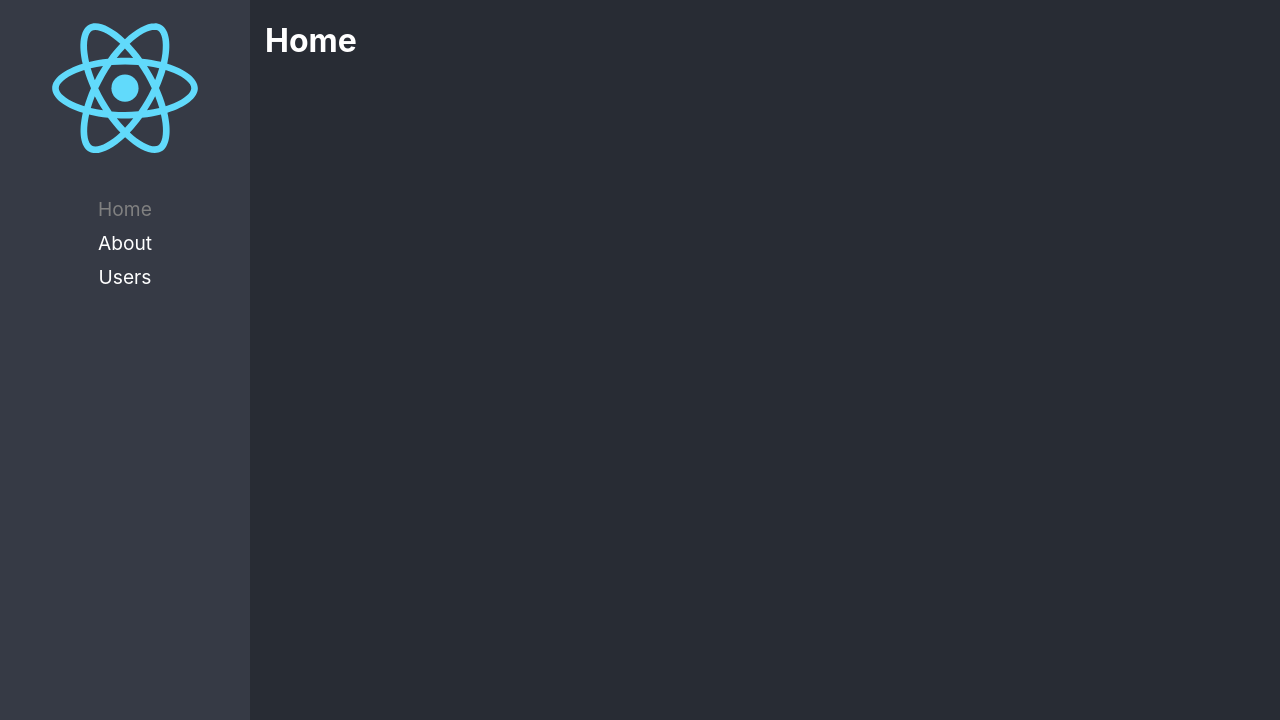
Repository: BernhardSilva/Typescript-React-Router-V6
Page: /
These files come from the project's save history. The page is drawn as it stood at one moment and after the next save; the edit follows.
The browser window is 1280 px wide. The pictures show the whole page.
The project was rebuilt for these pictures with package versions that can differ from the ones it lists, and the page was loaded fresh each time.

Above is the page before, as saved 2022-10-16 05:20:17.

### src/App.tsx
import { Navigation } from "./routes/Navigation";

function App() {
  return (
   <>
   <Navigation />
   </>
  );
}

export default App;

### src/routes/Navigation.tsx
import { BrowserRouter, Routes, Route, NavLink, Navigate } from 'react-router-dom';
import logo from '../logo.svg';

export const Navigation = () => {
	return (
		<BrowserRouter>
			<div className='main-layout'>
				<nav>
					<img src={logo} alt='React Logo' />
					<ul>
						<li>
							<NavLink to='/home' className={({ isActive }) => (isActive ? 'nav-active' : '')}>Home</NavLink>
						</li>
						<li>
							<NavLink to='/about' className={({ isActive }) => (isActive ? 'nav-active' : '')}>About</NavLink>
						</li>
						<li>
							<NavLink to='/users' className={({ isActive }) => (isActive ? 'nav-active' : '')}>Users</NavLink>
						</li>
					</ul>
				</nav>

				<Routes>
					<Route path='/home' element={<h1>Home</h1>} />
					<Route path='/about' element={<h1>About</h1>} />
					<Route path='/users' element={<h1>Users</h1>} />
					<Route path='/*' element={<Navigate to='/home' replace />} />
				</Routes>
			</div>
		</BrowserRouter>
	);
};

Loaded but not shown: public/index.html (common file); src/index.tsx (common file); src/index.css (common file); src/reportWebVitals.ts (common file)

After the next save:
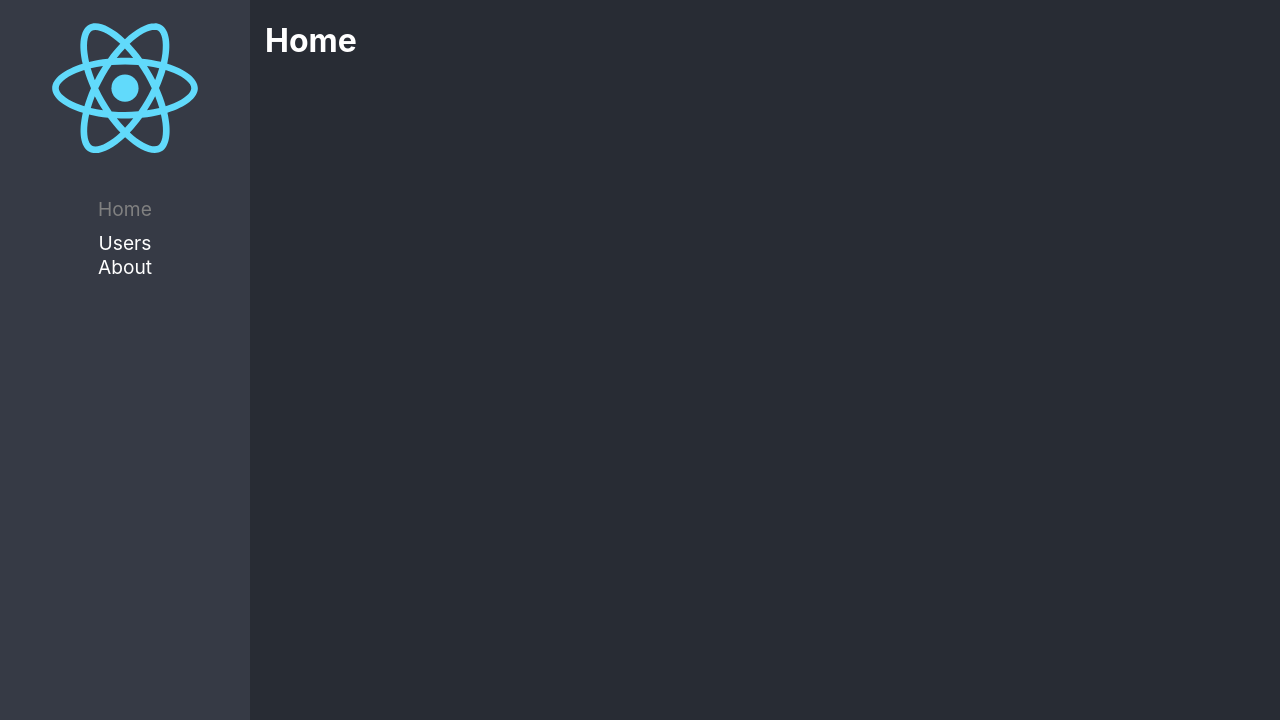
Saved 17 s later.
--- a/src/routes/Navigation.tsx
+++ b/src/routes/Navigation.tsx
@@ -12,18 +12,18 @@
 							<NavLink to='/home' className={({ isActive }) => (isActive ? 'nav-active' : '')}>Home</NavLink>
 						</li>
 						<li>
+							<NavLink to='/users' className={({ isActive }) => (isActive ? 'nav-active' : '')}>Users</NavLink>
+						<li>
 							<NavLink to='/about' className={({ isActive }) => (isActive ? 'nav-active' : '')}>About</NavLink>
 						</li>
-						<li>
-							<NavLink to='/users' className={({ isActive }) => (isActive ? 'nav-active' : '')}>Users</NavLink>
 						</li>
 					</ul>
 				</nav>
 
 				<Routes>
 					<Route path='/home' element={<h1>Home</h1>} />
+					<Route path='/users' element={<h1>Users</h1>} />
 					<Route path='/about' element={<h1>About</h1>} />
-					<Route path='/users' element={<h1>Users</h1>} />
 					<Route path='/*' element={<Navigate to='/home' replace />} />
 				</Routes>
 			</div>
